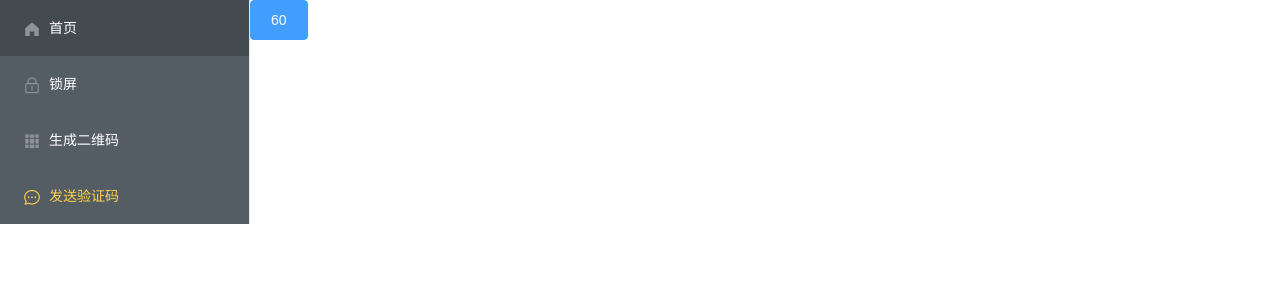
Repository: wujingwenwu/-vue-2.0
Page: /countdown
These files come from the project's save history. The page is drawn as it stood at one moment and after the next save; the edit follows.
The browser window is 1280 px wide. The pictures show the whole page.
The project was rebuilt for these pictures with package versions that can differ from the ones it lists, and the page was loaded fresh each time. Also part of the build but not shown: src/views/Home.vue, src/components/w-lockScreen/w-lockScreen.vue, src/components/w-qrcode/w-qrcode.vue.

Above is the page before, as saved 2020-10-01 17:56:10.

After the next save:
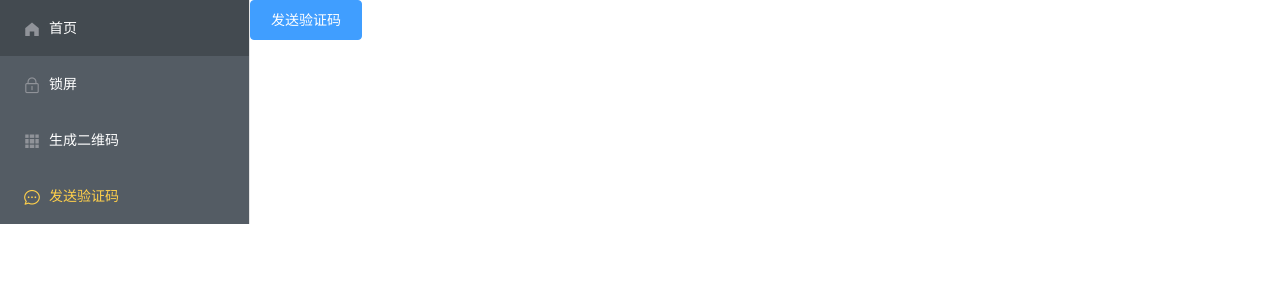
Saved 11 s later.
--- a/src/components/w-countdown/w-countdown.vue
+++ b/src/components/w-countdown/w-countdown.vue
@@ -1,6 +1,6 @@
 <template>
  <div>
-  <el-button type="primary" @click="verification">{{time}}</el-button>
+  <el-button type="primary" @click="verification">{{times}}</el-button>
  </div>
 </template>
 
